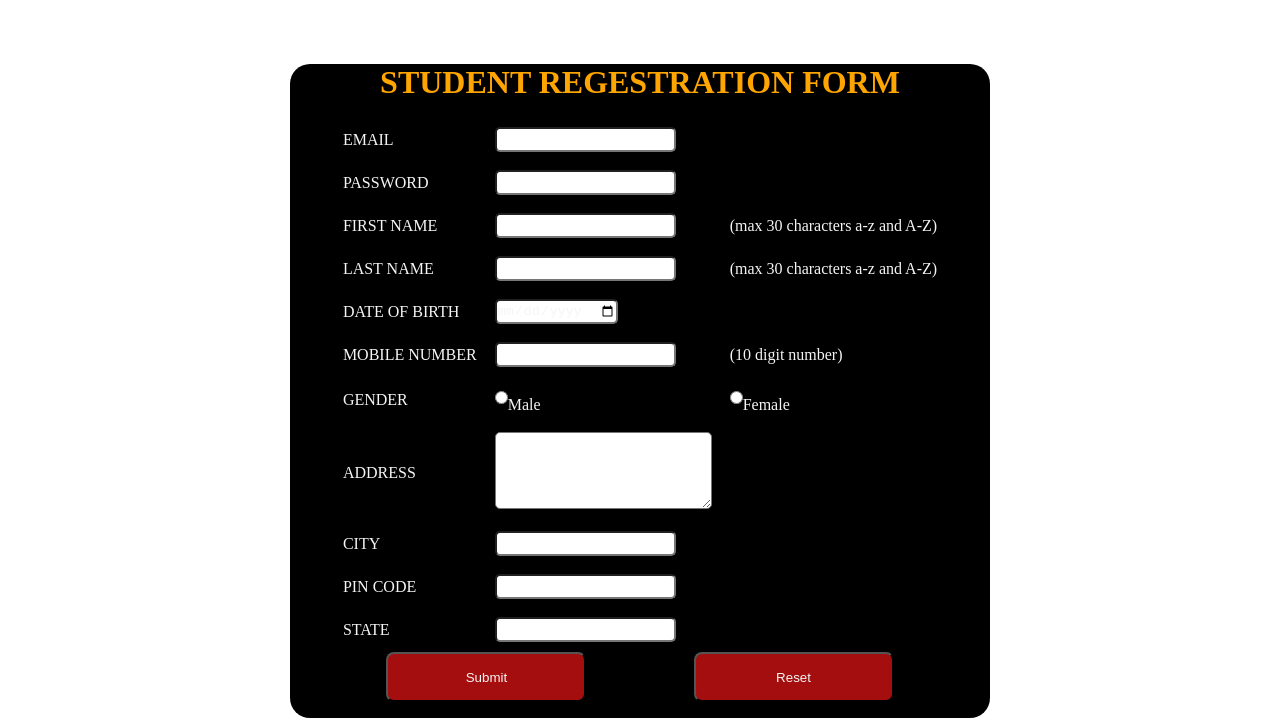
Repository: Nanda-Hari-Reddy/YouTube-Clone
Page: MDB-Free_4.20.0/SERVELETS/Demo/src/main/webapp/MyAccount.html
The author's editor kept a copy of each file at every save. The page is drawn from the files as they stood at one save, then again after the next save.
The browser window is 1280 px wide. The pictures show the whole page.

Above is the page before, as saved 2023-11-02 08:19:19.

### MDB-Free_4.20.0/SERVELETS/Demo/src/main/webapp/MyAccount.html
<!DOCTYPE html>
<html>
<head>
<meta charset="ISO-8859-1">
<title>MyAccount</title>
    <style>
        *
        {
            box-sizing: border-box;
            margin: 0px;
            padding: 0px;
            color: whitesmoke;
            margin-inline: auto;
        }
        body
        {
            margin-top: 5%;
        }
        .container
        {
            background-color: black;
            width: 700px;
            height: auto;
            display: flex;
            flex-direction: column;
            justify-content: center;
            align-items: center;
            border-radius: 20px;

        }
        .container h1
        {
            color: orange;
            text-align: center;
            margin-bottom: 1rem;

        }
        td
        {
            padding: 0.5rem;
        }
        input
        {
            height: 25px;
        }
        input,textarea
        {
            border-radius: 5px;
        }
        input:hover,textarea:hover
        {
            border: 2px solid orange;
        }
        .button
		{
			background-color: rgb(165, 14, 14);
			height: 50px;
			width: 200px;
			border-radius: 0.5rem;
		}
		.send
		{
			display: flex;
			justify-content: space-around;

			margin-bottom: 1rem;
		}
    </style>
</head>
<body>
    <div class="container">
        <h1>STUDENT REGESTRATION FORM</h1>
		<form action="MyAccount">
			<table>
                <tr>
					<td><label>EMAIL</label></td>
					<td><input type="EMAIL" name="email" required pattern="[A-Z a-z 0-9]{,}[@gmail][.]com"></td>
				</tr>
                <tr>
					<td><label>PASSWORD</label></td>
					<td><input type="password" name="password" required"></td>
				</tr>
				<tr>
					<td><label>FIRST NAME</label></td>
					<td><input type="TEXT" name="first name" required maxlength="30">
					<td>(max 30 characters a-z and A-Z)</td>
				</tr>
				<tr>
					<td><label>LAST NAME</label></td>
					<td><input type="TEXT" name="last name" required maxlength="30">
					<td>(max 30 characters a-z and A-Z)</td>
				</tr>
				<tr>
					<td><label>DATE OF BIRTH</label></td>
					<td><input type="DATE" name="date" required>
				</tr>
				<tr>
					<td><label>MOBILE NUMBER</label></td>
					<td><input type="text" name="mobile" required pattern="[6-9][0-9]{9}"></td>
					<td>(10 digit number)</td>
				</tr>
				<tr>
					<td><label>GENDER</label></td>
					<td><input type="RADIO" name="gender" required>Male</td><td><input type="RADIO" name="gender" required>Female</td>
				</tr>
				<tr>
					<td><label>ADDRESS</label></td>
					<td><textarea cols="25" rows="5" name="Address" required></textarea></td>
				</tr>
				<tr>
					<td><label>CITY</label></td>
					<td><input type="TEXT" name="city" required></td>
				</tr>
				<tr>
					<td><label>PIN CODE</label></td>
					<td><input type="text" name="pincode" required></td>
				</tr>
				<tr>
					<td><label>STATE</label></td>
					<td><input type="TEXT" name="state" required></td>
				</tr>
			</table>
            <div class="send">
                <input type="submit" class="button">
                <input type="reset" class="button">
            </div>
		</form>
    </div>
</body>
</html>

After the next save:
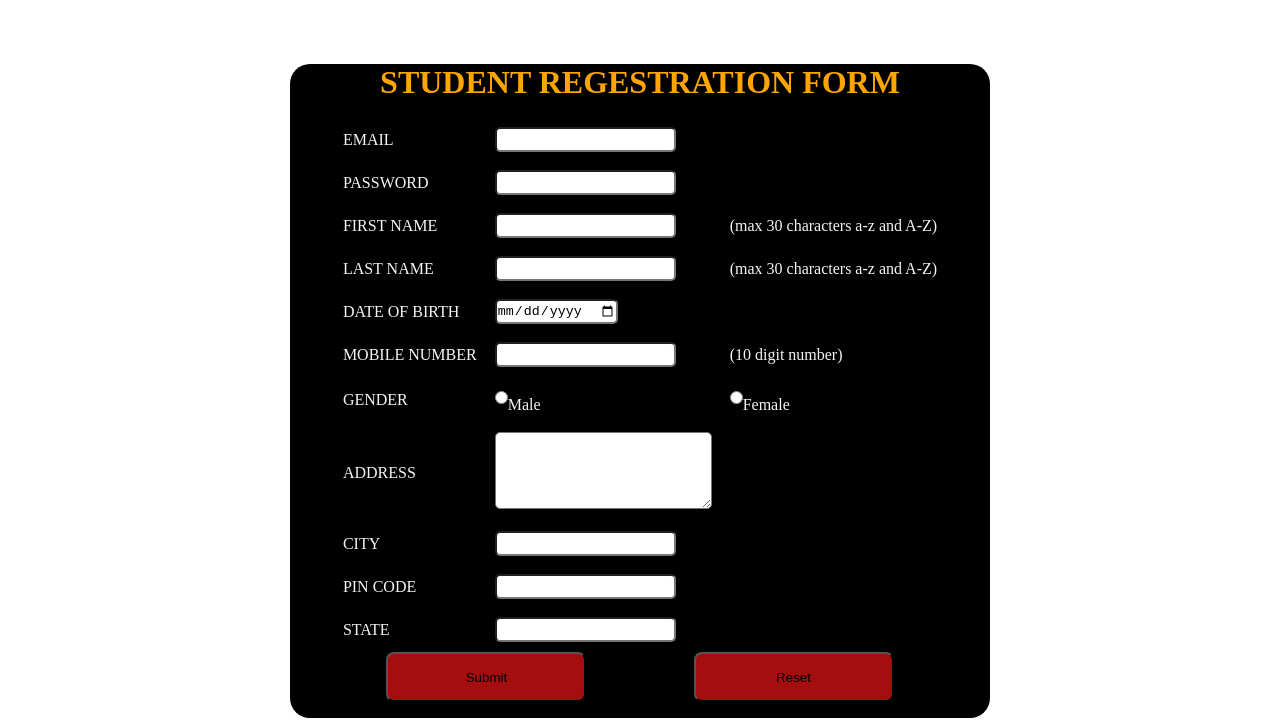
Saved 65 s later.
--- a/MDB-Free_4.20.0/SERVELETS/Demo/src/main/webapp/MyAccount.html
+++ b/MDB-Free_4.20.0/SERVELETS/Demo/src/main/webapp/MyAccount.html
@@ -46,6 +46,7 @@
         input,textarea
         {
             border-radius: 5px;
+            color:black;
         }
         input:hover,textarea:hover
         {
